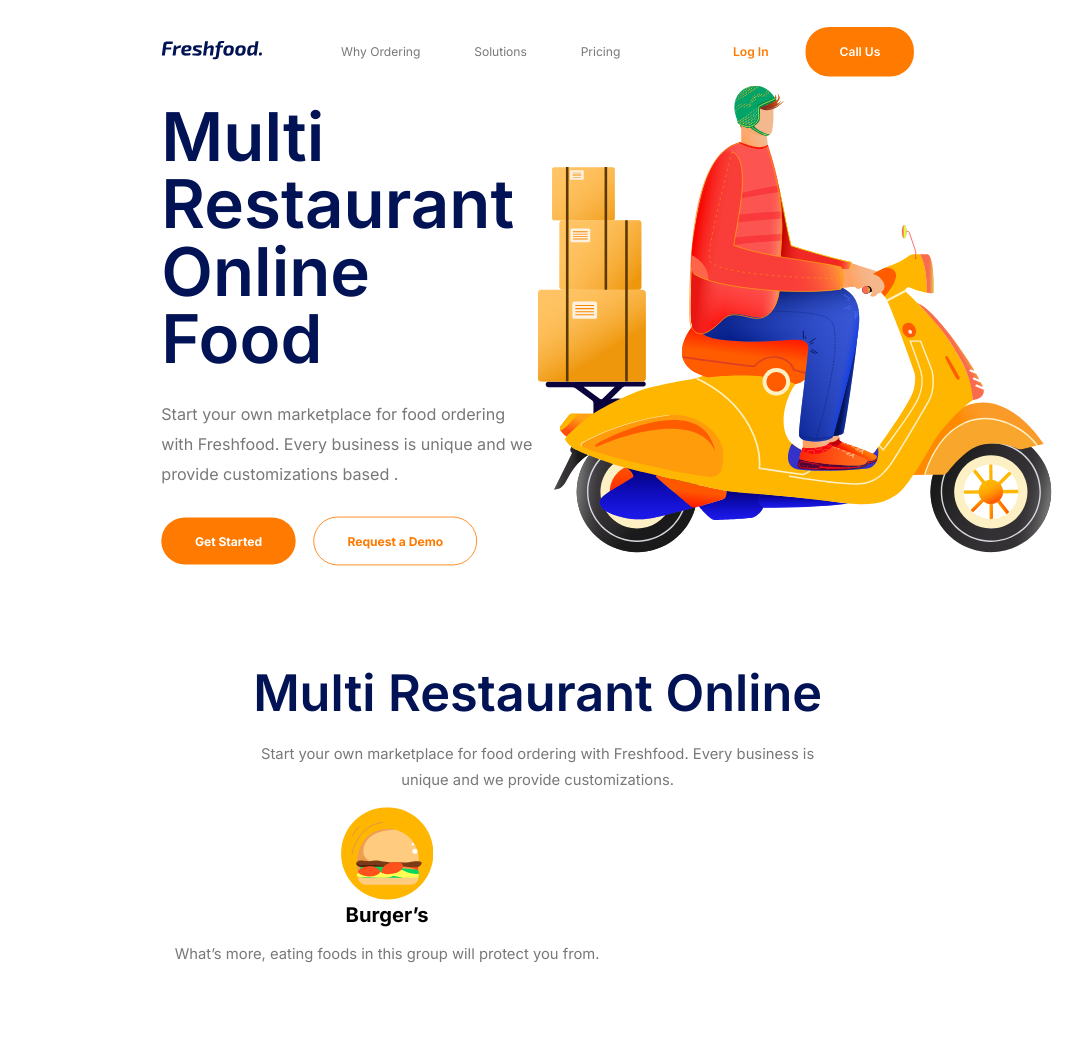
Repository: badhon252/FreshFood
Page: index.html
An editor plug-in stored every save of this project. The page is shown before and after the next save, followed by the edit.
The browser window is 1280 px wide. The pictures show the whole page, at 84% of full size.
The style sheet was rebuilt from its Sass, Less or Tailwind sources for each picture, by a compiler version that may differ from the author's.

Above is the page before, as saved 2022-09-06 00:47:03.

### index.html
<!DOCTYPE html>
<html lang="en">

<head>
    <meta charset="UTF-8">
    <meta http-equiv="X-UA-Compatible" content="IE=edge">
    <meta name="viewport" content="width=device-width, initial-scale=1.0">
    <link rel="stylesheet" href="./scss/style.css">
    <title>Document</title>
</head>

<body>
    <header class="container">
        <nav class="navbar">
            <div class="navbar-brand">
                <img src="./images/Freshfood.svg" alt="">
            </div>
            <ul class="navs">
                <li class="nav-item"><a href="" class="nav-link">Why Ordering</a></li>
                <li class="nav-item"><a href="" class="nav-link">Solutions</a></li>
                <li class="nav-item"><a href="" class="nav-link">Pricing</a></li>
            </ul>
            <div class="logs">
                <button class="btn">Log In</button>
                <button class="btn call">Call Us</button>
            </div>
        </nav>

        <div class="header-content">
            <div class="row">
                <div class="col-md-6">
                    <h1>Multi Restaurant <br> Online Food</h1>
                    <p>Start your own marketplace for food ordering <br> with Freshfood. Every business is unique and we
                        <br>
                        provide customizations
                        based .
                    </p>
                    <button class="btn start-btn">Get Started</button>
                    <button class="btn demo-btn">Request a Demo</button>
                </div>
                <div class="col-md-6"><img src="./images/Group 5402.svg" alt=""></div>
            </div>
        </div>

    </header>

    <section class="second-section container">
        <h1>Multi Restaurant Online</h1>
        <p>Start your own marketplace for food ordering with Freshfood. Every business is <br> unique and we provide
            customizations.</p>
        <div class="row">
            <div class="col-md-4"><img src="./images/Group 4463.svg" alt="">
                <h2>Burger’s</h2>
                <p>What’s more, eating foods in this group will protect you from.</p>
            </div>
            <div class="col-md-4"></div>
            <div class="col-md-4"></div>
        </div>
    </section>
</body>

</html>

### scss/style.scss
@import url("https://fonts.googleapis.com/css2?family=Inter:wght@400;600;700;800;900&display=swap");
* {
  margin: 0%;
  padding: 0%;
  box-sizing: border-box;
  font-family: "Inter", sans-serif;
}

.container {
  margin: 2rem 12rem;
}
.btn {
  outline: none;
  border: none;
  padding: 1.2rem 2.5rem;
  background-color: transparent;
}

.row {
  display: flex;
  justify-content: space-between;
  align-items: center;
  max-width: 100%;
  .col-md-6 {
    max-width: 50%;
  }
}

h1 {
  font-weight: 600;
  font-size: 60px;
  line-height: 80px;
  /* or 133% */

  color: #011255;
}
//=====
//=====
//=====
.navbar {
  display: flex;
  justify-content: space-between;
  align-items: center;
  ul {
    display: flex;
    li {
      margin: 1rem 2rem;
      list-style-type: none;
      .nav-link {
        text-decoration: none;
        color: black;
        font-weight: 500;
        font-size: 0.9rem;
        line-height: 21px;
        /* identical to box height */

        text-align: center;

        color: #787878;
      }
    }
  }

  .btn {
    font-weight: 500;
    font-size: 0.9rem;
    line-height: 21px;
    /* identical to box height */
    font-weight: 600;
    color: #ff7a00;
  }
  .call {
    background: #ff7a00;
    border-radius: 28px;
    color: #fff;
  }
}

.header-content {
  h1 {
    font-size: 5rem;
    margin: 2rem 0;
  }
  p {
    font-size: 1.2rem;
    margin: 2rem 0;
    line-height: 36px;
    color: #787878;
    font-weight: 500;
  }
  .btn {
    background: #ff7a00;
    border-radius: 60px;
    font-size: 0.9rem;
    font-weight: 700;
  }
  .start-btn {
    color: #fff;
    margin-right: 1rem;
  }
  .demo-btn {
    background-color: #ffffff;
    border: 1px solid #ff7a00;
    color: #ff7a00;
  }
}

.second-section {
  padding: 4rem 0;
  text-align: center;
  h1 {
    margin: 1rem;
  }
  p {
    font-size: 1.1rem;
    margin: 1rem;
    line-height: 32px;
    /* or 178% */

    text-align: center;

    color: #787878;
  }
}

After the next save:
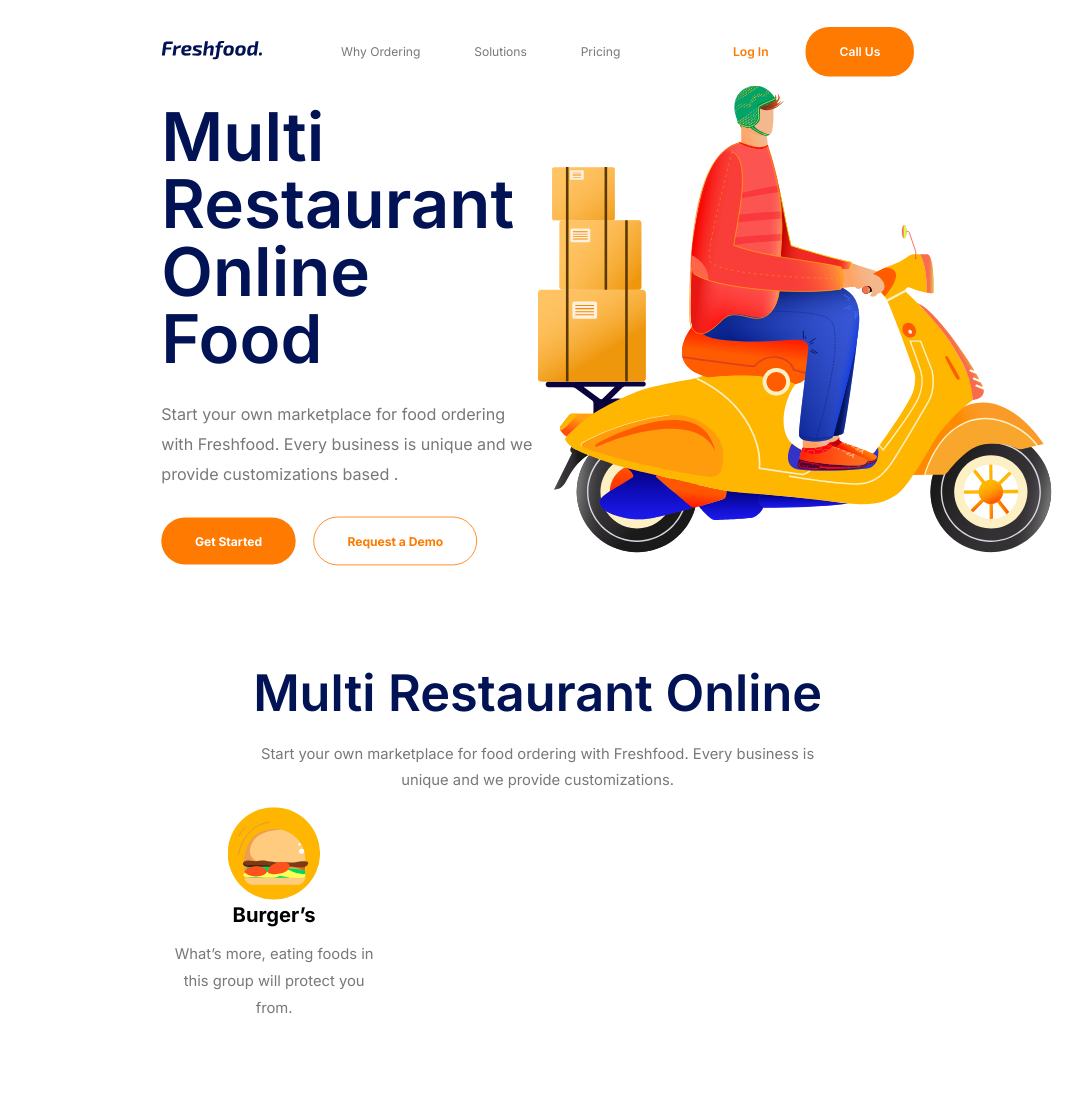
Saved 56 s later.
--- a/index.html
+++ b/index.html
@@ -51,10 +51,9 @@
         <div class="row">
             <div class="col-md-4"><img src="./images/Group 4463.svg" alt="">
                 <h2>Burger’s</h2>
-                <p>What’s more, eating foods in this group will protect you from.</p>
+                <p>What’s more, eating foods in <br> this group will protect you <br> from.</p>
             </div>
-            <div class="col-md-4"></div>
-            <div class="col-md-4"></div>
+
         </div>
     </section>
 </body>
